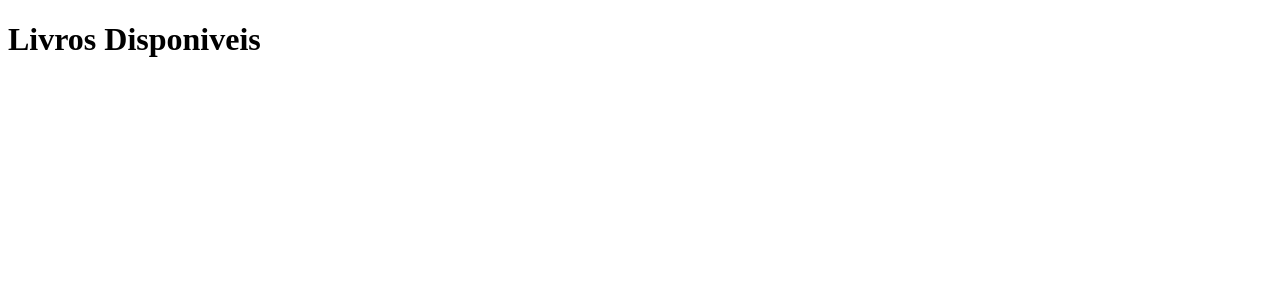
Repository: lmsmorais/ProjectEpiousion
Page: http://localhost/LibraryProject/LivrosDisponiveisServlet
An editor plug-in stored every save of this project. The page is shown before and after the next save, followed by the edit.
The browser window is 1280 px wide. The pictures show the whole page.
The page is served by Tomcat 9. Queries for data that is not in the repository find no rows.

Above is the page before, as saved 2020-11-11 18:10:29.

After the next save:
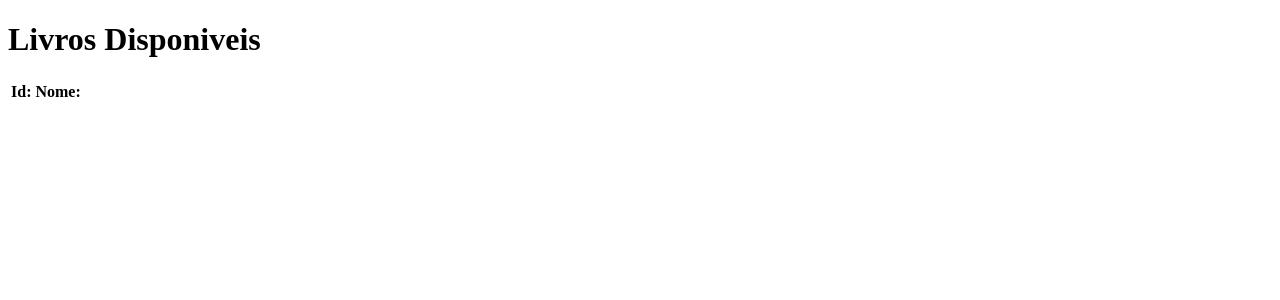
Saved 11 min 46 s later.
--- a/LibraryProject/WebContent/livrosDisponiveis.jsp
+++ b/LibraryProject/WebContent/livrosDisponiveis.jsp
@@ -10,6 +10,10 @@
     <body>
         <h1>Livros Disponiveis</h1>
 			<table>
+					<tr>
+						<th>Id:</th>
+						<th>Nome:</th>
+					</tr>
 	            <c:forEach var="livros" items="${livros}">
 	                <tr>
 	                    <td><c:out value="${livros.idLivro}"/></td>
